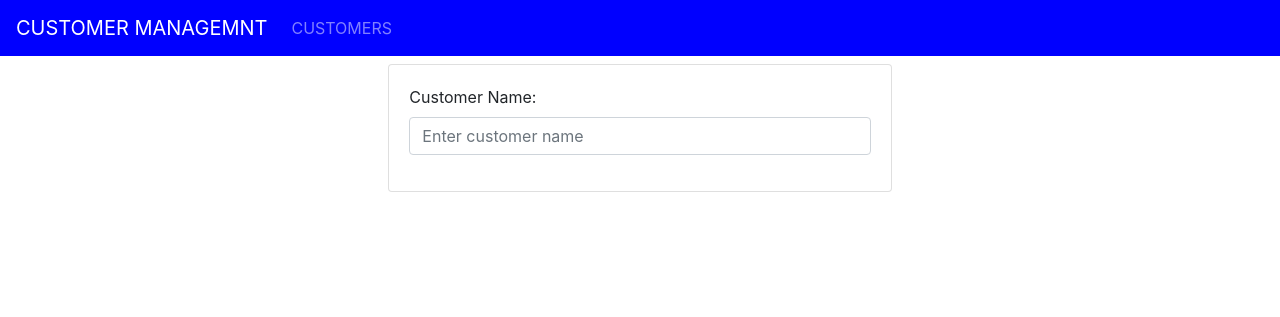
Repository: shruti-2522/webdirekt-assignment
Page: http://localhost/Customer-Project/customer-form.jsp
The author's editor kept a copy of each file at every save. The page is drawn from the files as they stood at one save, then again after the next save.
The browser window is 1280 px wide. The pictures show the whole page.
The page is served by Tomcat 9.

Above is the page before, as saved 2021-07-05 10:34:16.

After the next save:
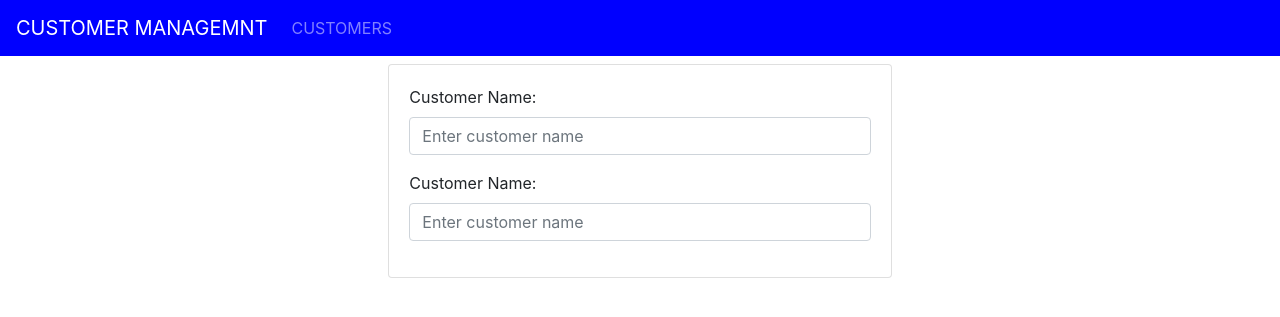
Saved 5 s later.
--- a/Customer-Project/src/main/webapp/customer-form.jsp
+++ b/Customer-Project/src/main/webapp/customer-form.jsp
@@ -35,7 +35,13 @@
 				<fieldset class="form-group">
 					<label>Customer Name:</label> <input type="text"
 						class="form-control" placeholder="Enter customer name" required>
-						</fieldset>
+				</fieldset>
+
+
+				<fieldset class="form-group">
+					<label>Customer Name:</label> <input type="text"
+						class="form-control" placeholder="Enter customer name" required>
+				</fieldset>
 
 			</div>
 
